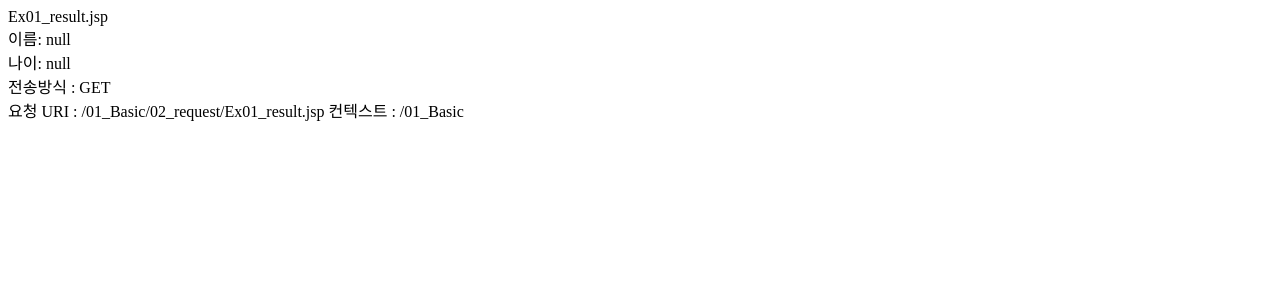
Repository: gom0109/JSP_DK
Page: http://localhost/01_Basic/02_request/Ex01_result.jsp
The author's editor kept a copy of each file at every save. The page is drawn from the files as they stood at one save, then again after the next save.
The browser window is 1280 px wide. The pictures show the whole page.
The page is served by Tomcat 9.

Above is the page before, as saved 2021-01-19 02:26:32.

After the next save:
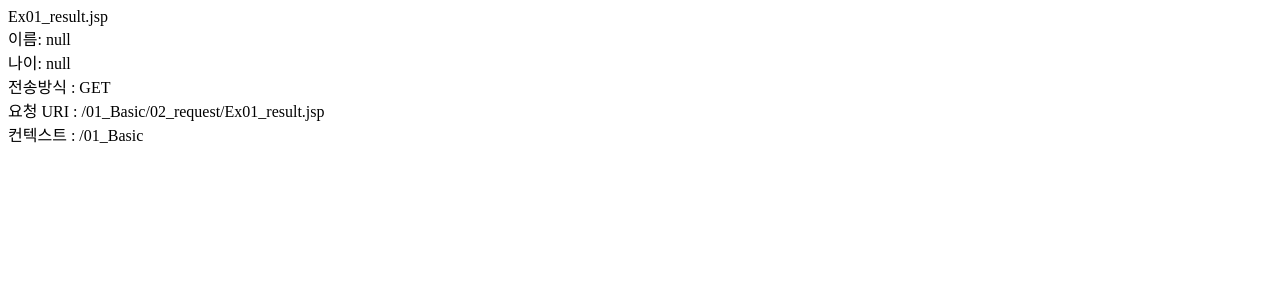
Saved 10 s later.
--- a/01_Basic/WebContent/02_request/Ex01_result.jsp
+++ b/01_Basic/WebContent/02_request/Ex01_result.jsp
@@ -16,8 +16,8 @@ Ex01_result.jsp <br>
 
 
 전송방식 : <%=request.getMethod() %><br>
-요청 URI : <%= request.getRequestURI() %>
-컨텍스트 : <%= request.getContextPath() %>
+요청 URI : <%= request.getRequestURI() %><br>
+컨텍스트 : <%= request.getContextPath() %><br>
 <!-- Class Person{
 	private String name;
 	private String age;
